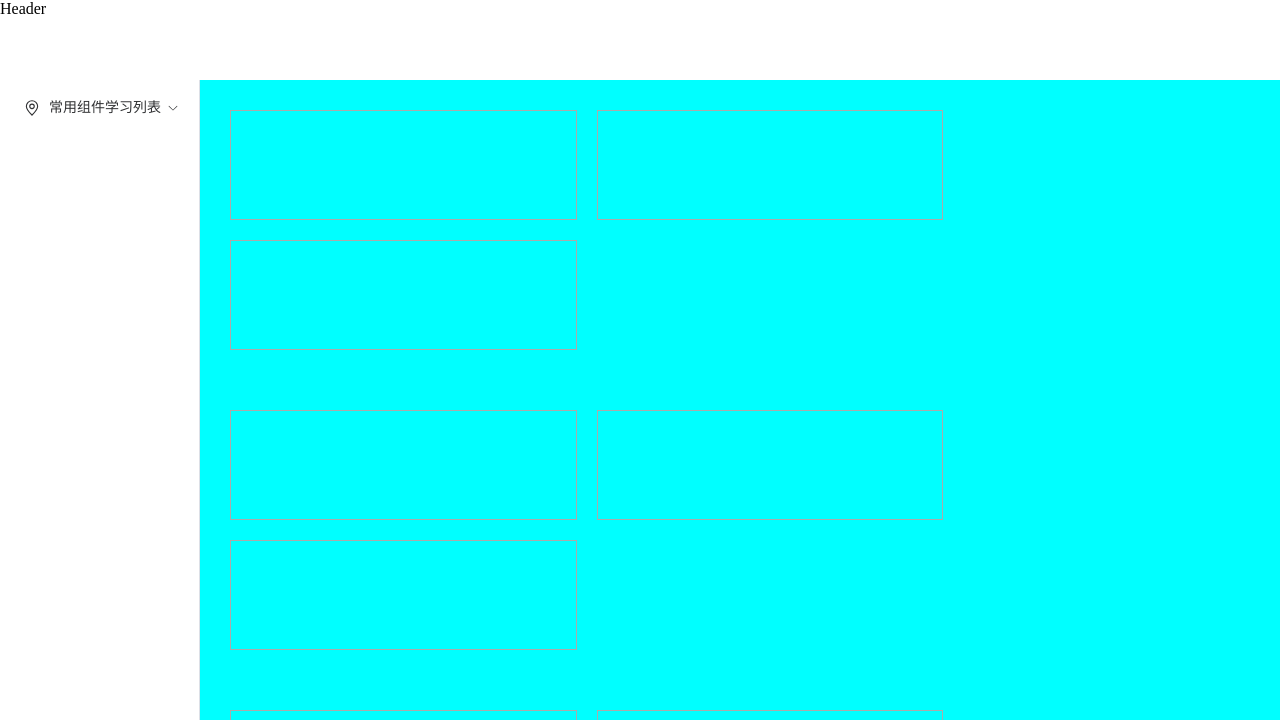
Repository: 553559555/vue3-project
Page: /#/index (app in vue3-app/)
These files come from the project's save history. The page is drawn as it stood at one moment and after the next save; the edit follows.
The browser window is 1280 px wide. The pictures show the whole page.
An inner scrolling area shows only its first screen. The project was rebuilt for these pictures with package versions that can differ from the ones it lists, and the page was loaded fresh each time. Also part of the build but not shown: vue3-app/vite.config.ts.

Above is the page before, as saved 2025-03-24 10:56:57.

After the next save:
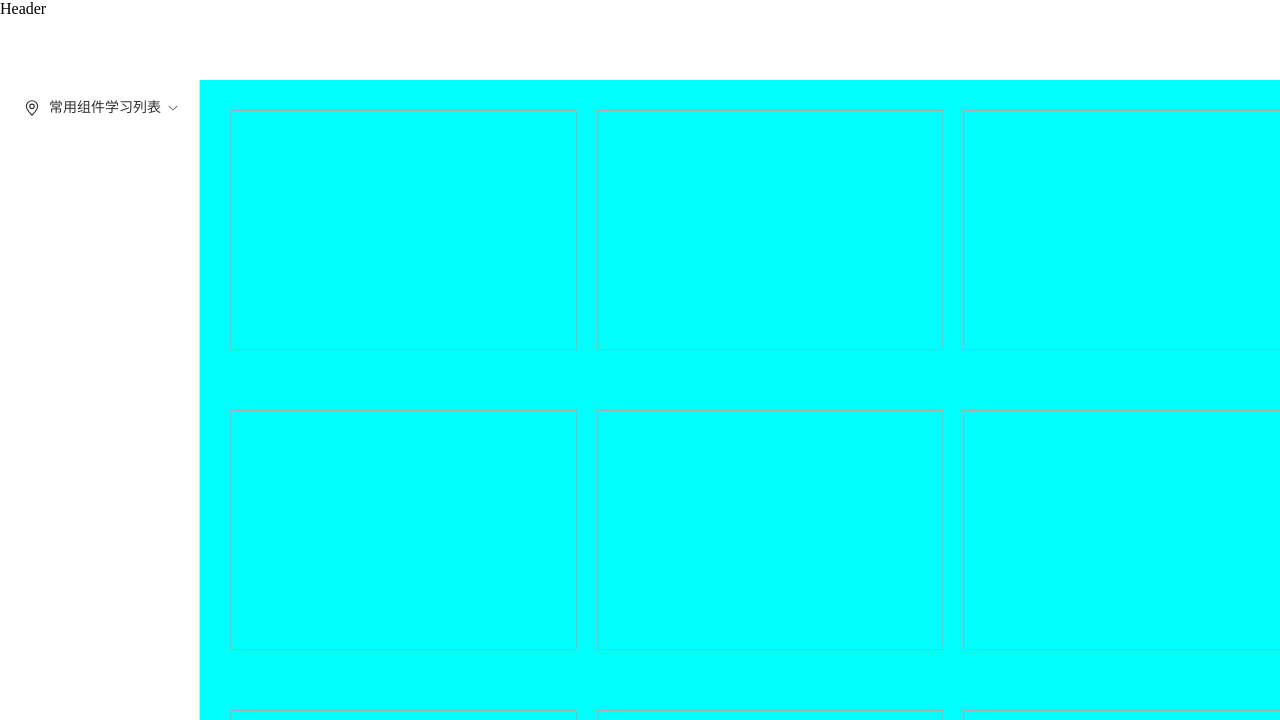
Saved 12 s later.
--- a/vue3-app/src/views/Home.vue
+++ b/vue3-app/src/views/Home.vue
@@ -53,6 +53,7 @@
   .row {
     padding: 20px;
     height: 300px;
+    flex-wrap: nowrap;
 
     .el-col {
       margin: 10px;
